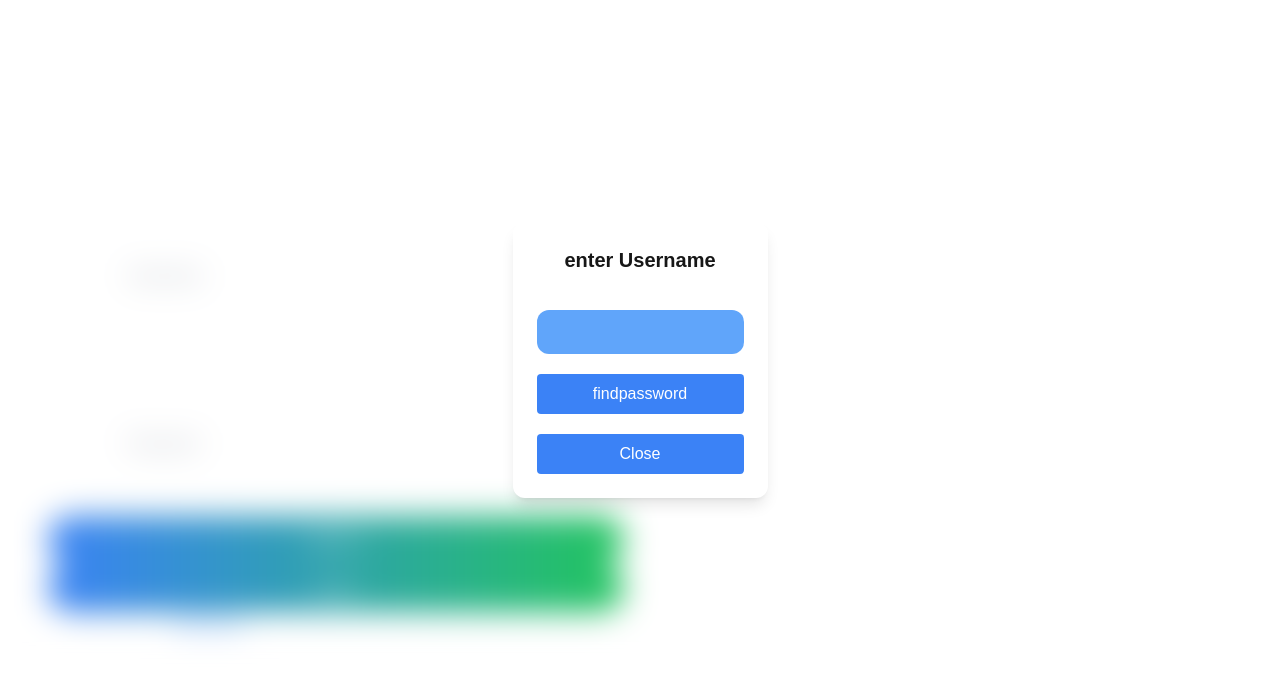
Repository: oxniw/usingmoney
Page: /signin, after clicking the first element matching `span.text-blue-500`
The author's editor kept a copy of each file at every save. The page is drawn from the files as they stood at one save, then again after the next save.
The browser window is 1280 px wide. The pictures show the whole page.
The project was rebuilt for these pictures with package versions that can differ from the ones it lists, and the page was loaded fresh each time. The framework's server and built-in components were replaced by stand-ins that run in the browser. Also part of the build but not shown: next.config.ts. Imported but missing from the stored project, and not drawn on this page: components/ui/wavy-background.

Above is the page before, as saved 2025-04-09 19:23:39.

### src/app/signin/page.jsx
"use client";

import React, { useEffect, useState } from 'react';
import { useRouter } from 'next/navigation';
import { WavyBackground } from "../../../components/ui/wavy-background";
import '../components/animations.css'; // Import the animations CSS file
import Opup from './opop';
import axios from 'axios';
function Background() {
  const [username, setUsername] = useState("");
  const [password, setPassword] = useState("");
  const [birthday, setBirthday] = useState("");
  const [gender, setGender] = useState("");
  const [error, setError] = useState([]);
  const [showPopup, setShowPopup] = useState(false);
  const router = useRouter();
  const send = async () =>{
    const res = await axios.post("http://127.0.0.1:5000/api/signin", {username: username, password: password})
    return res.data
  }
  const goToAbout = () => {
    if ((username && password !== "") && (username && password !== null)) {
      send().then((data) => {
        console.log(data.message);
        console.log(data);
        if (data.message === "ok") {
          localStorage.setItem("username", username);
          localStorage.setItem("username", password);
          localStorage.setItem("day", "");
          router.push("/about");
        } else {
          setError(data.why)
        }
      })
    }

  };
  const goTologin = () => {

    router.push("/");
  }

  useEffect(() => {
    if(localStorage.getItem("username") !== null && localStorage.getItem("password") !== null){
      router.push("/about");
    }
  }, []);
//<WavyBackground className="fixed inset-0 w-full h-full z-0 bg-cover bg-center"/>
  return (
    <div className="relative h-screen overflow-y-scroll overflow-hidden">
      <div className="grid relative max-w-7xl max-h-7xl-lg rounded-2xl">
          <div className="relative mt-8 w-full max-w-2xl bg-gradient-to-r text-white p-12 rounded-3xl-lg fade-in top-10">
            <h1 className="text-white text-4xl md:text-6xl font-bold fade-in">Sign up</h1>
            <div className="relative w-full max-w-2xl bg-gradient-to-r text-white p-12 rounded-3xl-lg fade-in">
              <p className="relative z-10">username</p>
              <input
              onChange={(e) => setUsername(e.target.value)}
                className="relative z-10 w-full px-8 py-3 max-w-2xl rounded-3xl text-gray-700 bg-white focus:outline-none focus:ring-2 focus:ring-indigo-500"
                type="text"
                placeholder="Username"
              />
            </div>
            <div className="relative w-full max-w-2xl bg-gradient-to-r text-white p-12 rounded-3xl-lg fade-in">
              <p className="relative z-10">password</p>
              <input
              onChange={(e) => setPassword(e.target.value)}
                className="relative z-10 w-full max-w-2xl px-8 py-3 rounded-3xl text-gray-700 bg-white focus:outline-none focus:ring-2 focus:ring-indigo-500"
                type="password"
                placeholder="Password"
              />
            </div>
            <button
              onClick={goToAbout}
              className="relative z-10 w-full max-w-3xl py-3 rounded-3xl text-white bg-gradient-to-r from-blue-500 to-green-500 hover:from-blue-700 hover:to-green-700 focus:outline-none focus:ring-2 focus:ring-indigo-500">
              sign up
            </button>
            <button
            onClick={goTologin}
            className="relative z-10 w-full p-8 max-w-3xl py-3 rounded-3xl text-white bg-gradient-to-r from-blue-500 to-green-500 hover:from-blue-700 hover:to-green-700 focus:outline-none focus:ring-2 focus:ring-indigo-500">Log in</button>
            <div>
            forgot password? <span className="text-blue-500 cursor-pointer" onClick={() => setShowPopup(true)}>click here</span>
          </div>
          </div>

          <div>
            {showPopup && <Opup onClose={() => setShowPopup(false)}/>}
          </div>
        </div>
        {/*<div className="fixed bottom-0 w-full px-4 py-3 text-gray-700 bg-white shadow-sm">*/}
        {/*  {error.map((err, index) => <p key={index}>{err}</p>)}*/}
        {/*  </div>*/}
        <div className="fixed bottom-0 w-full px-4 py-3 text-white bg-black-200 shadow-sm">
          {error.map((err, index) => <p key={index}>{err}</p>)}
        </div>
    </div>
  );
}

export default Background;

### src/app/components/animations.css
@keyframes fadeIn {
    from {
      opacity: 0;
      transform: translateY(-20px);
    }
    to {
      opacity: 1;
      transform: translateY(0);
    }
  }
@keyframes faden {
    from {
      opacity: 0;
    }
    to {
      opacity: 1;
    }
  }
  .fade-in {
    animation: fadeIn 1s ease-out forwards;
  }
  .fade-n {
    animation: faden 1s ease-out forwards;
  }

### src/app/signin/opop.jsx
"use client";
import React, { useState, useEffect } from "react";
import axios from "axios";
import { Span } from "next/dist/trace";
function opoup({ onClose }) {
    const [fadeOut, setFadeOut] = useState(false);
    const [getusername, getsetUsername] = useState("");
    const [password, setPassword] = useState("");
    const handleClose = () => {
        setFadeOut(true);
        setTimeout(() => {
          onClose();
        }, 300);
      };
    const handleClick = async () => {
        const res = await axios.post("http://127.0.0.1:5000/api/returnusename", {
            username : getusername
        })
        setPassword(res.data.password)
    }
  return (
    <div className={`fixed inset-0 flex items-center justify-center z-50 shadow-lg bg-gradient-to-r bg-opacity-10 backdrop-blur-lg transition-all duration-300 fadein ${fadeOut ? "opacity-0" : "opacity-100"} `}>
      <div className="bg-white p-6 shadow-lg text-center grid grid-rows-2 gap-5 rounded-xl">
        <h2 className="text-xl font-bold mb-4">enter Username</h2>
        <input type="text" className="bg-blue-400 rounded-xl"
        onChange={(e) => getsetUsername(e.target.value)}/>
        <button
          onClick={handleClick}
          className="bg-blue-500 text-white px-4 py-2 rounded hover:bg-blue-600"
        >
          findpassword
        </button>
        <button
          onClick={handleClose }
          className="bg-blue-500 text-white px-4 py-2 rounded hover:bg-blue-600"
        >
          Close
        </button>

      </div>
    </div>
  )
}

export default opoup

Loaded but not shown: src/app/layout.tsx (common file); src/app/globals.css (common file); tailwind.config.ts (common file)

After the next save:
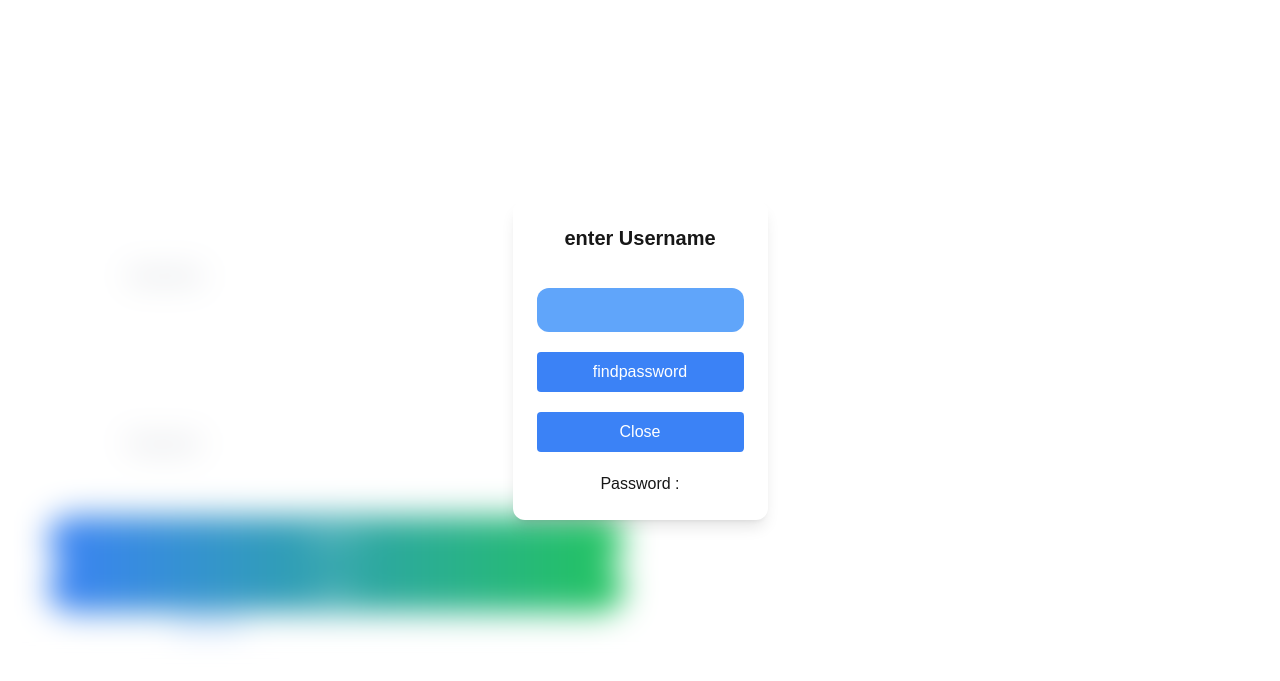
Saved 54 s later.
--- a/src/app/signin/opop.jsx
+++ b/src/app/signin/opop.jsx
@@ -1,7 +1,6 @@
 "use client";
 import React, { useState, useEffect } from "react";
 import axios from "axios";
-import { Span } from "next/dist/trace";
 function opoup({ onClose }) {
     const [fadeOut, setFadeOut] = useState(false);
     const [getusername, getsetUsername] = useState("");
@@ -36,7 +35,7 @@ function opoup({ onClose }) {
         >
           Close
         </button>
-
+        <div>Password :<span>{password}</span></div>
       </div>
     </div>
   )
